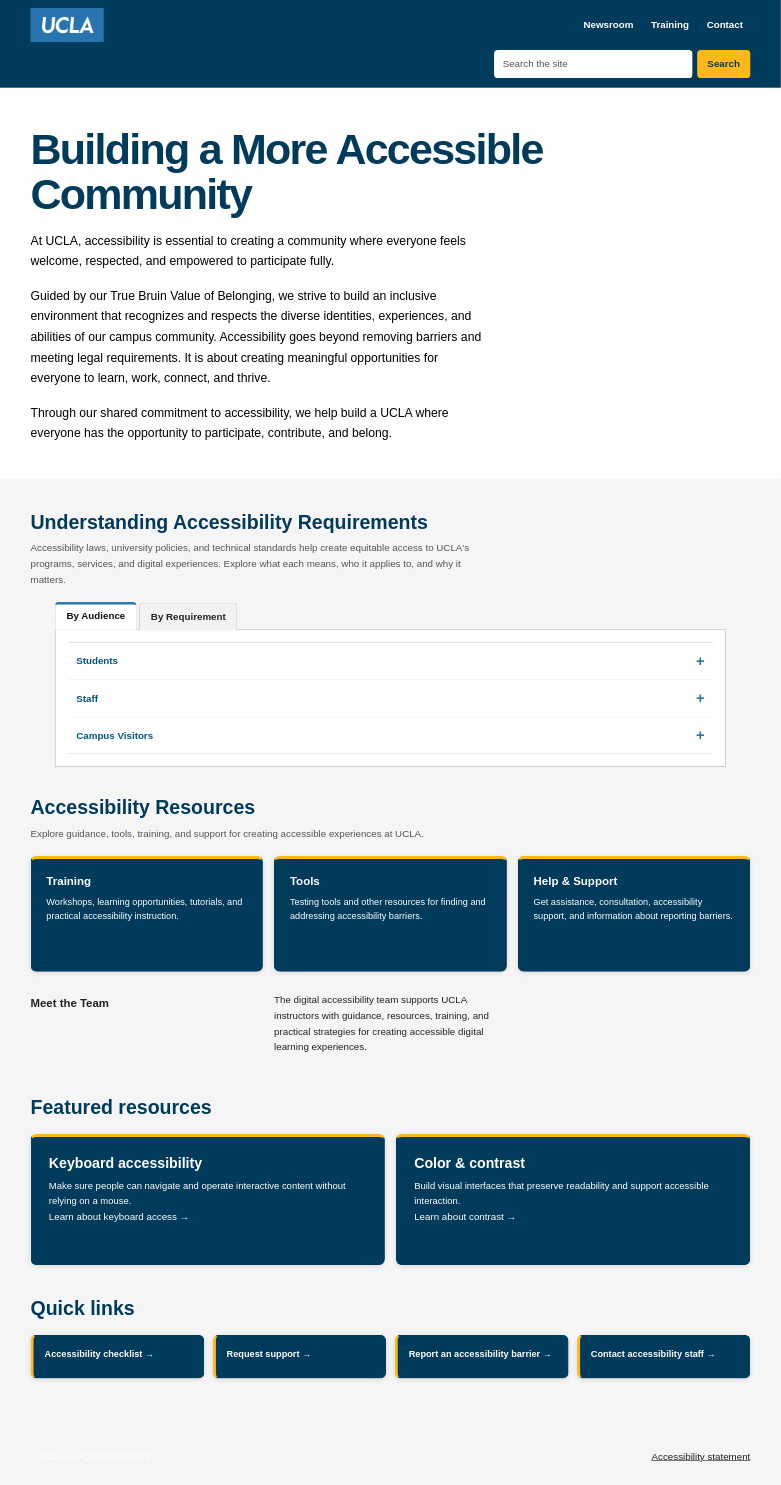
Repository: PSunnywell/UCLA-A11y-barrier-page
Page: index_tabs_with_accordions.html
The author's editor kept a copy of each file at every save. The page is drawn from the files as they stood at one save, then again after the next save.
The browser window is 1280 px wide. The pictures show the whole page, at 61% of full size.

Above is the page before, as saved 2026-10-13 17:08:27.
Not found: search.js

After the next save:
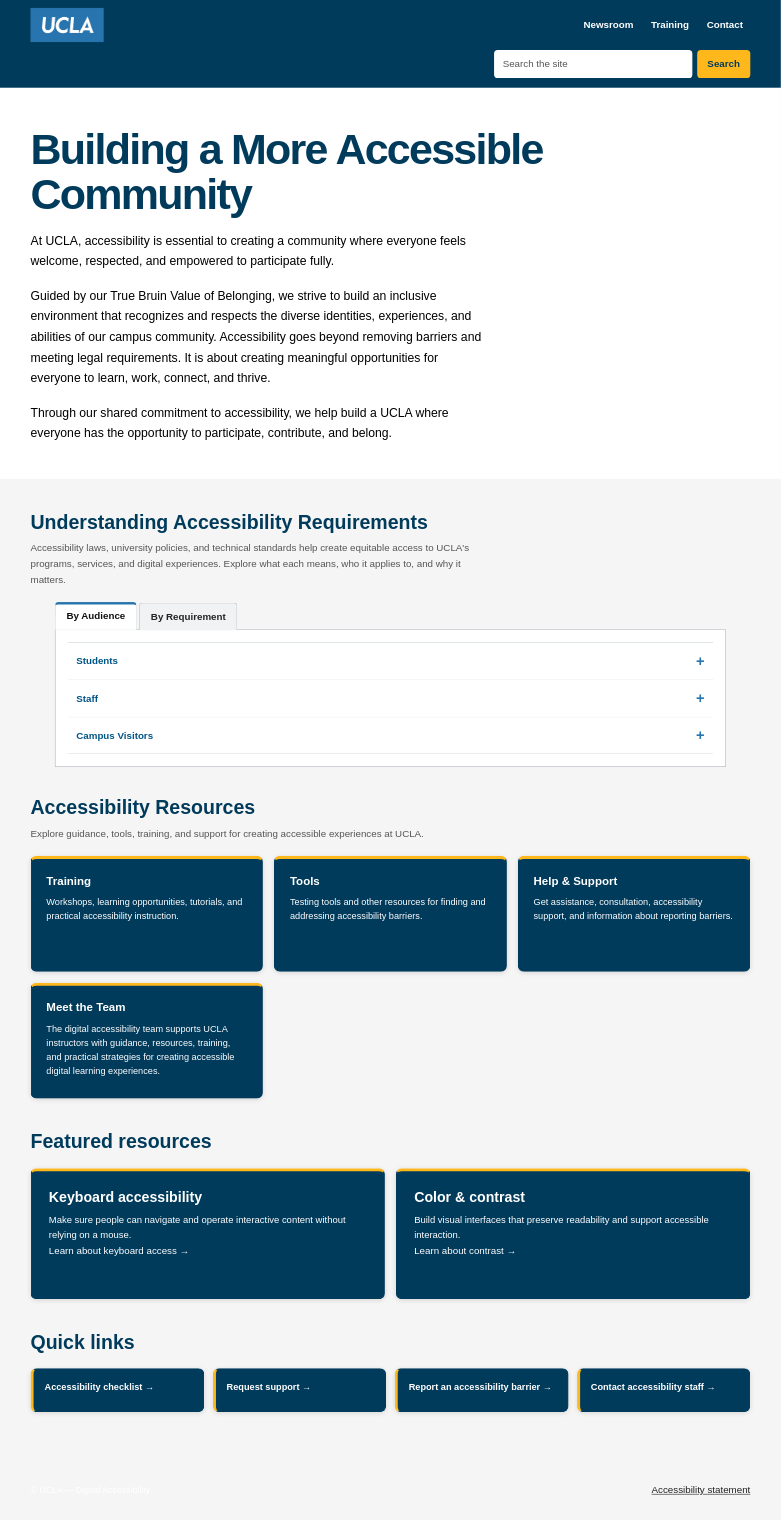
Saved 40 s later.
--- a/index_tabs_with_accordions.html
+++ b/index_tabs_with_accordions.html
@@ -207,6 +207,18 @@
         </a>
 
 
+        <!-- CARD 4 -->
+
+
+
+        <!-- CARD 5 -->
+
+
+         <!-- CARD 6 -->
+        <a
+          class="resource-card is-dark"
+          href="meet-the-team-wide-cards.html"
+        >
           <h3>
             Meet the Team
           </h3>
